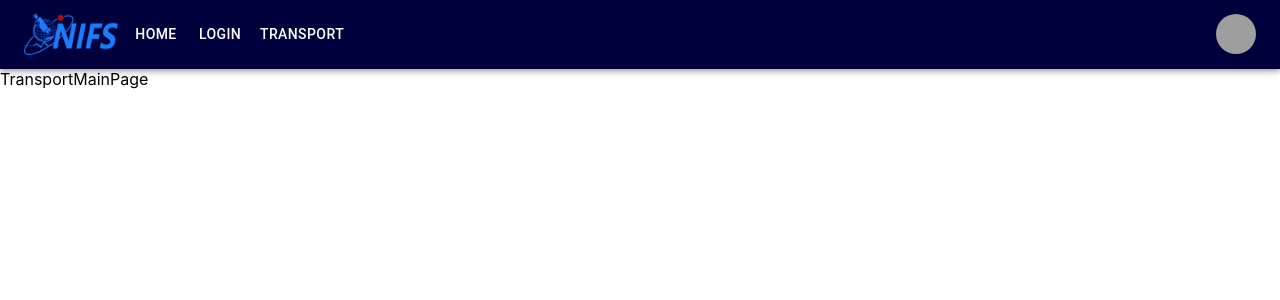
Repository: Ravindu97/NIFS_WebApplication
Page: /transport (app in client/)
These files come from the project's save history. The page is drawn as it stood at one moment and after the next save; the edit follows.
The browser window is 1280 px wide. The pictures show the whole page.
Pictures or frames that could not be fetched are drawn as grey boxes. The project was rebuilt for these pictures with package versions that can differ from the ones it lists, and the page was loaded fresh each time. Also part of the build but not shown: client/src/pages/Home.js, client/src/pages/Login.js.

Above is the page before, as saved 2022-06-30 18:51:09.

After the next save:
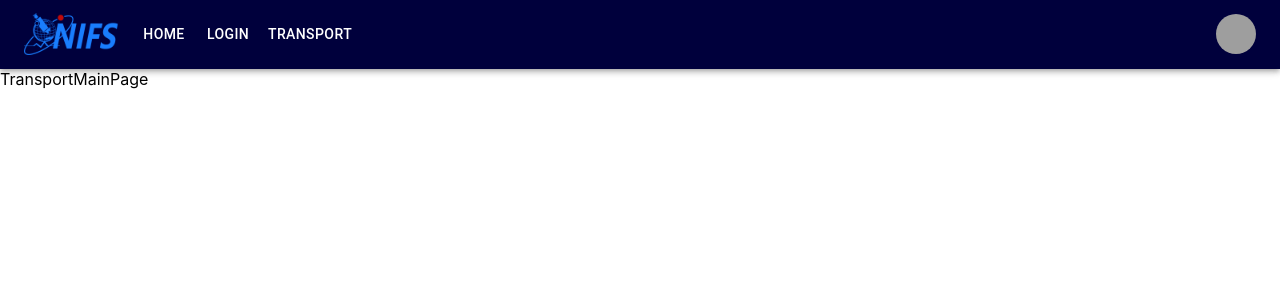
Saved 33 s later.
--- a/client/src/components/Navbar.js
+++ b/client/src/components/Navbar.js
@@ -58,12 +58,9 @@ const Navbar = () => {
 			<Container maxWidth="xl">
 				<Toolbar disableGutters>
 					{/* <AdbIcon sx={{ display: { xs: 'none', md: 'flex' }, mr: 1 }} /> */}
-					<img
-						src={Logo}
-						alt="logo"
-						className="nav-logo"
-						sx={{ display: { xs: 'none', md: 'flex' }, mr: 1 }}
-					/>
+					<Box sx={{ display: { xs: 'none', md: 'flex' }, mr: 1 }}>
+						<img src={Logo} alt="logo" className="nav-logo" />
+					</Box>
 
 					<Box sx={{ flexGrow: 1, display: { xs: 'flex', md: 'none' } }}>
 						<IconButton
